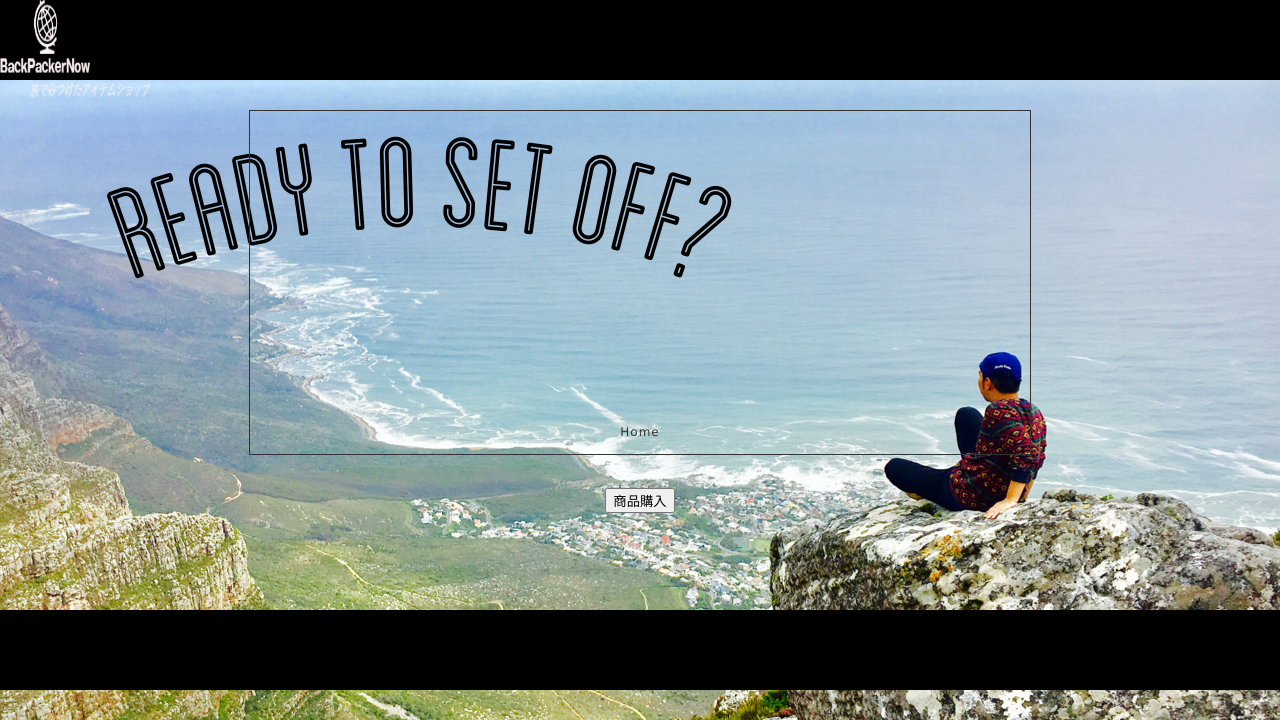
Repository: yanaiwataru/test
Page: http://localhost/ecsite/
These files come from the project's save history. The page is drawn as it stood at one moment and after the next save; the edit follows.
The browser window is 1280 px wide. The pictures show the whole page.
The page is served by Tomcat 9. Other server files are loaded and not shown.

Above is the page before, as saved 2018-03-12 08:43:24.

### ecsite/WebContent/home.jsp
<%@ page language="java" contentType="text/html; charset=UTF-8"

pageEncoding="UTF-8"%>

<%@ taglib prefix="s" uri="/struts-tags"%>
<!DOCTYPE html>
<html>
<head>

<meta http-equiv="Content-Type" content="text/html; charset=utf-8" />
<meta http-equiv="Content-Style-Type" content="text/css" />
<meta http-equiv="Content-Script-Type" content="text/javascript" />
<meta http-equiv="imagetoolbar" content="no" />
<meta name="description" content="" />
<meta name="keywords" content="" />
<link rel="stylesheet"type="text/css" href="css/ecsite.css">
<title>Home画面</title>
<style type="text/css">
.logo{
height: 100px;
width: 150px
}

p{
padding-top:300px;
}

</style>

</head>
<body>

<div id="header">

<div id="pr">

<img class="logo" src="./image/logo.png">
</div>

</div>
<div id="main">

<div id="top">
<p>Home</p>

</div>
<div id=”text-center”>

<s:form action="HomeAction">

<s:submit id="button" value="商品購入"/>

</s:form>
<s:if test="#session.id != null">

<p>ログアウトする場合は

<a href='<s:url action="LogoutAction" />'>こちら</a></p>

</s:if>

</div>

</div>
<div id="footer">





<div id="pr">
</div>

</div>

</body>
</html>

### ecsite/WebContent/css/ecsite.css
@CHARSET "UTF-8";



body {
margin:0;
padding:0;
line-height:1.6;
letter-spacing:1px;
font-family:Verdana, Helvetica, sans-serif;
font-size:12px;
color:#333;
background:#fff;
background-image: url("../image/readytosetoff.png");

background-size:auto;


  /* 画像を常に天地左右の中央に配置 */
  background-position: center center;

  /* 画像をタイル状に繰り返し表示しない */
  background-repeat: no-repeat;

  /* コンテンツの高さが画像の高さより大きい時、動かないように固定 */
  background-attachment: fixed;

  /* 表示するコンテナの大きさに基づいて、背景画像を調整 */
  background-size: cover;

  /* 背景画像が読み込まれる前に表示される背景のカラー */
  background-color: #464646;


}

table {
text-align:center;
margin:0 auto;
}
/* ========ecsite LAYOUT======== */
#top {
width:780px;
margin:30px auto;
border:1px solid #333;
}

#header {
width: 100%;
height: 80px;
background-color: black;
}
#main {
width: 100%;
height: 500px;
text-align: center;
}
#footer {
width: 100%;
height: 80px;
background-color: black;
clear:both;
}
#text-center {
display: inline-block;
text-align: center;

}

After the next save:
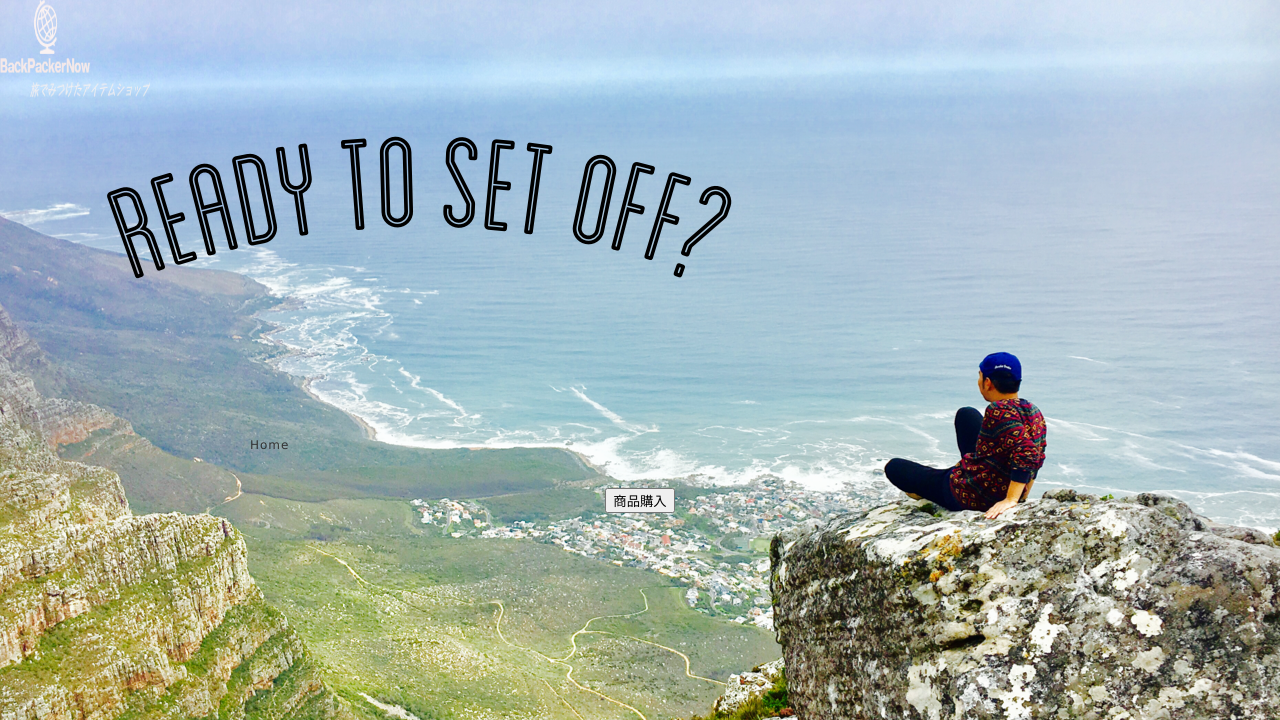
Saved 2 min 50 s later.
--- a/ecsite/WebContent/css/ecsite.css
+++ b/ecsite/WebContent/css/ecsite.css
@@ -42,8 +42,7 @@
 #top {
 width:780px;
 margin:30px auto;
-border:1px solid #333;
-}
+
 
 #header {
 width: 100%;

After the save that followed:
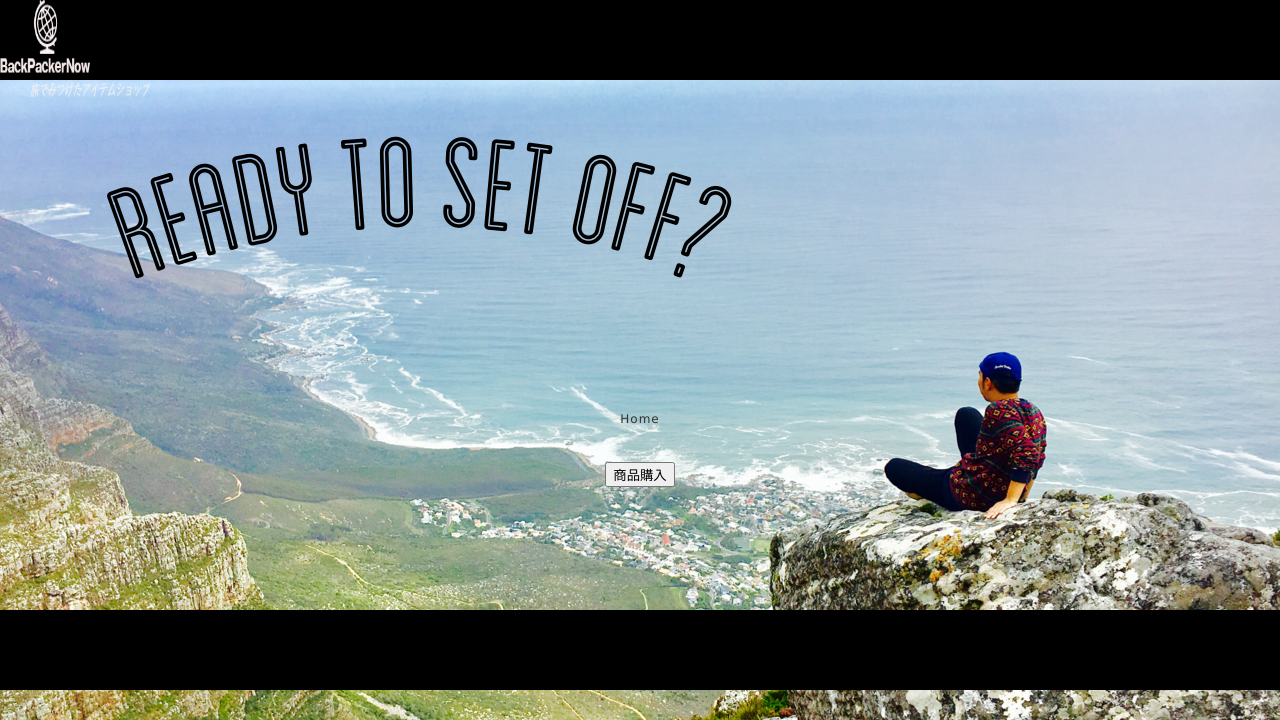
Saved 4 s later.
--- a/ecsite/WebContent/css/ecsite.css
+++ b/ecsite/WebContent/css/ecsite.css
@@ -42,7 +42,7 @@
 #top {
 width:780px;
 margin:30px auto;
-
+}
 
 #header {
 width: 100%;
